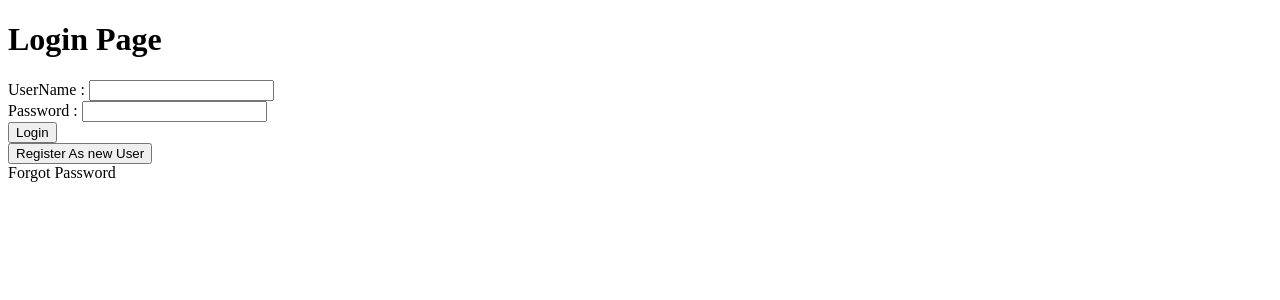
Repository: devgpta19/CDAC-Assignments
Page: http://localhost/ProductsAndUsersUsingJSPAndServlet/Login.jsp
The author's editor kept a copy of each file at every save. The page is drawn from the files as they stood at one save, then again after the next save.
The browser window is 1280 px wide. The pictures show the whole page.
The page is served by Tomcat 9. Other server files are loaded and not shown.

Above is the page before, as saved 2025-11-27 02:57:05.

### Adv.Java/Day6-8/ProductsAndUsersUsingJSPAndServlet/src/main/webapp/Login.jsp
<%@ page language="java" contentType="text/html; charset=ISO-8859-1"
	pageEncoding="ISO-8859-1"%>
<!DOCTYPE html>
<html>
<head>
<meta charset="ISO-8859-1">
<title>Login Page</title>
</head>
<body>
	<div>
		<h1>Login Page</h1>
		<form action="/validateUser" method="post">
			UserName : <input type="text" name="unm" id="unm" /> <br>
			Password : <input type="password" name="pwd" id="pwd" /><br>
			<button type="submit" name="btn" id="btn" value="addUser">Login</button>

		</form>
		<form action="Register.jsp">
			<button type="submit" name="btn" id="btn" value="registerPage">Register
				As new User</button>
		</form>
		<form action="ForgotPass.jsp">
			<input type="hidden" name="unm" id=">

			<button type="submit" name="btn" id="btn" value="forgotPage">Forgot
				Password</button>
		</form>
	</div>
</body>
</html>

After the next save:
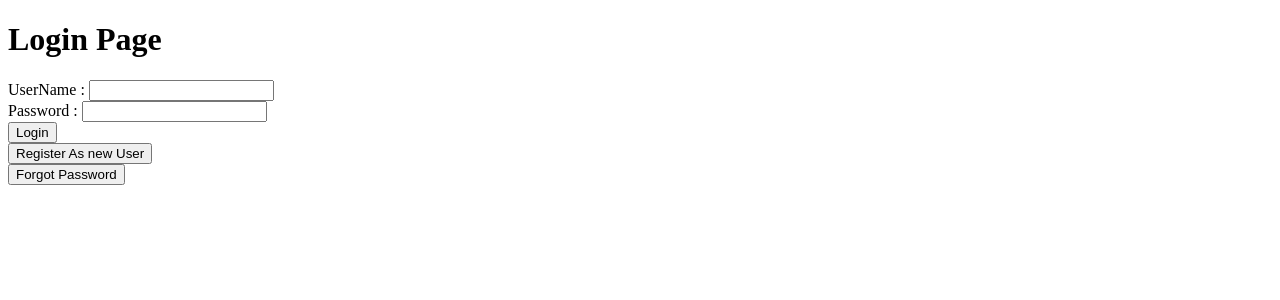
Saved 6 s later.
--- a/Adv.Java/Day6-8/ProductsAndUsersUsingJSPAndServlet/src/main/webapp/Login.jsp
+++ b/Adv.Java/Day6-8/ProductsAndUsersUsingJSPAndServlet/src/main/webapp/Login.jsp
@@ -20,7 +20,7 @@
 				As new User</button>
 		</form>
 		<form action="ForgotPass.jsp">
-			<input type="hidden" name="unm" id=">
+			<input type="hidden" name="unm" id="unm">
 
 			<button type="submit" name="btn" id="btn" value="forgotPage">Forgot
 				Password</button>
